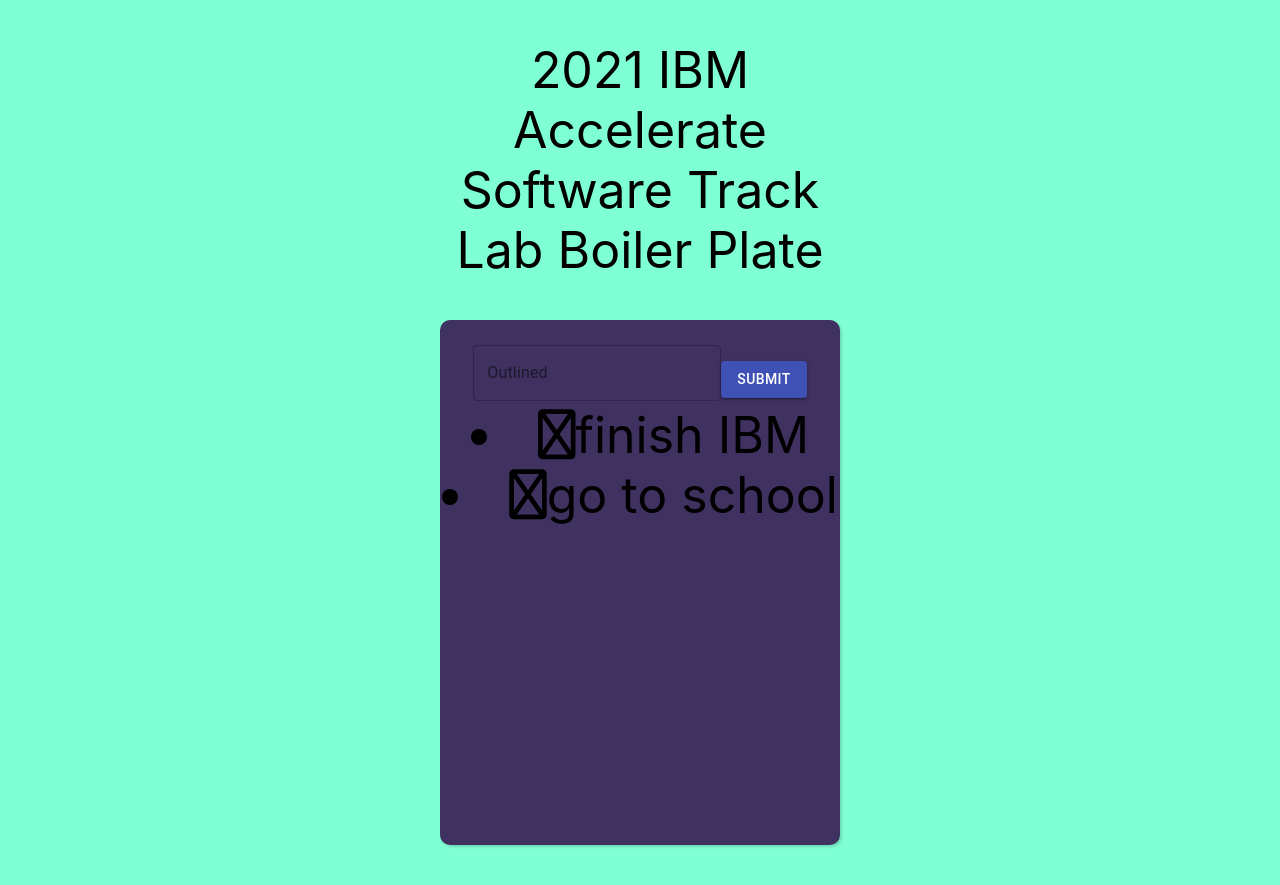
Repository: 2021-IBM-Accelerate-SW-Track/lab-1-team-34
Page: /
The author's editor kept a copy of each file at every save. The page is drawn from the files as they stood at one save, then again after the next save.
The browser window is 1280 px wide. The pictures show the whole page.
Some web libraries are served in a nearby version. The project was rebuilt for these pictures with package versions that can differ from the ones it lists, and the page was loaded fresh each time.

Above is the page before, as saved 2021-06-13 16:54:49.

After the next save:
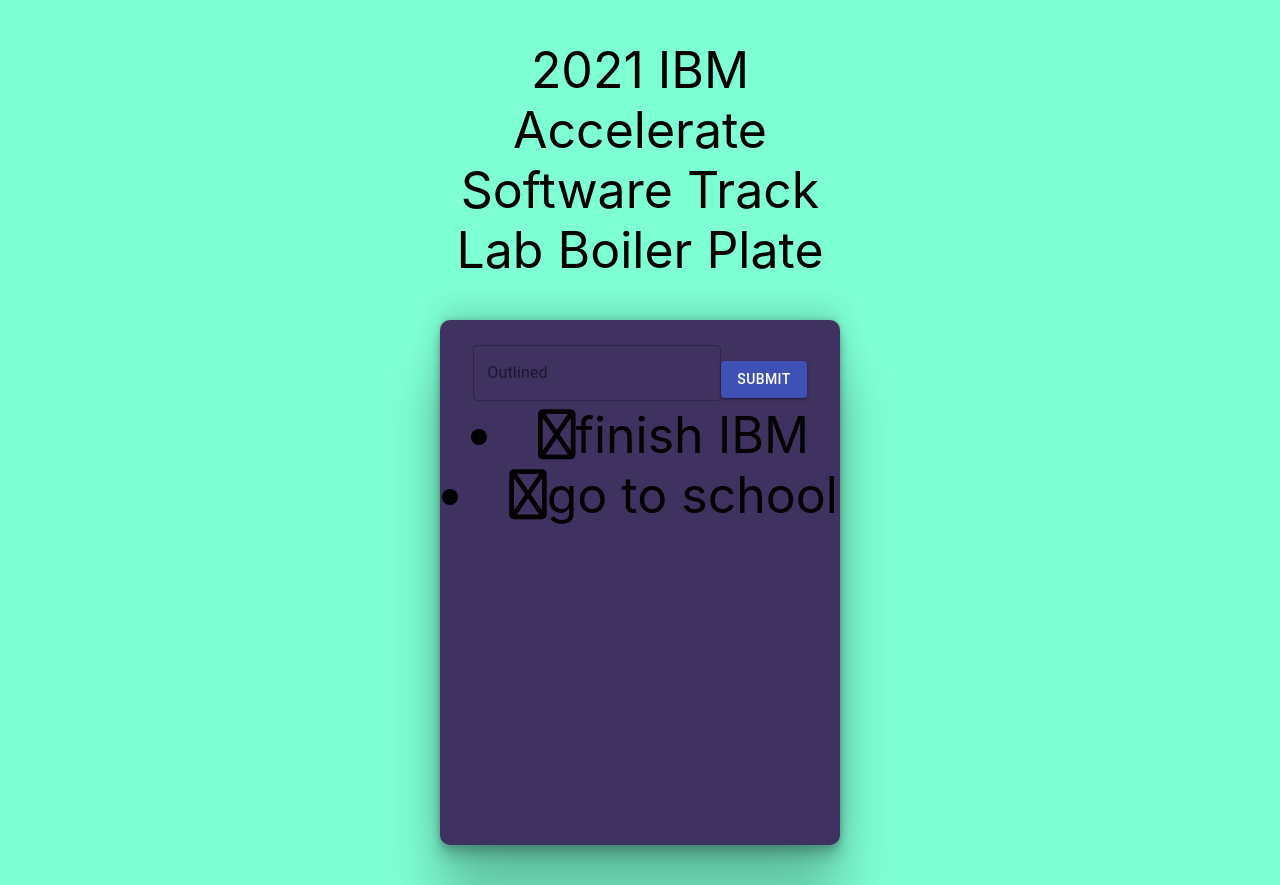
Saved 21 s later.
--- a/src/component/Input/input.css
+++ b/src/component/Input/input.css
@@ -6,7 +6,9 @@
   padding-top: 25px;
   border-radius: 10px;
 
-  box-shadow: rgba(0, 0, 0, 0.15) 1.95px 1.95px 2.6px;
+  box-shadow: rgba(0, 0, 0, 0.25) 0px 54px 55px,
+    rgba(0, 0, 0, 0.12) 0px -12px 30px, rgba(0, 0, 0, 0.12) 0px 4px 6px,
+    rgba(0, 0, 0, 0.17) 0px 12px 13px, rgba(0, 0, 0, 0.09) 0px -3px 5px;
 }
 .inputtext {
   background-color: #ffffff;
